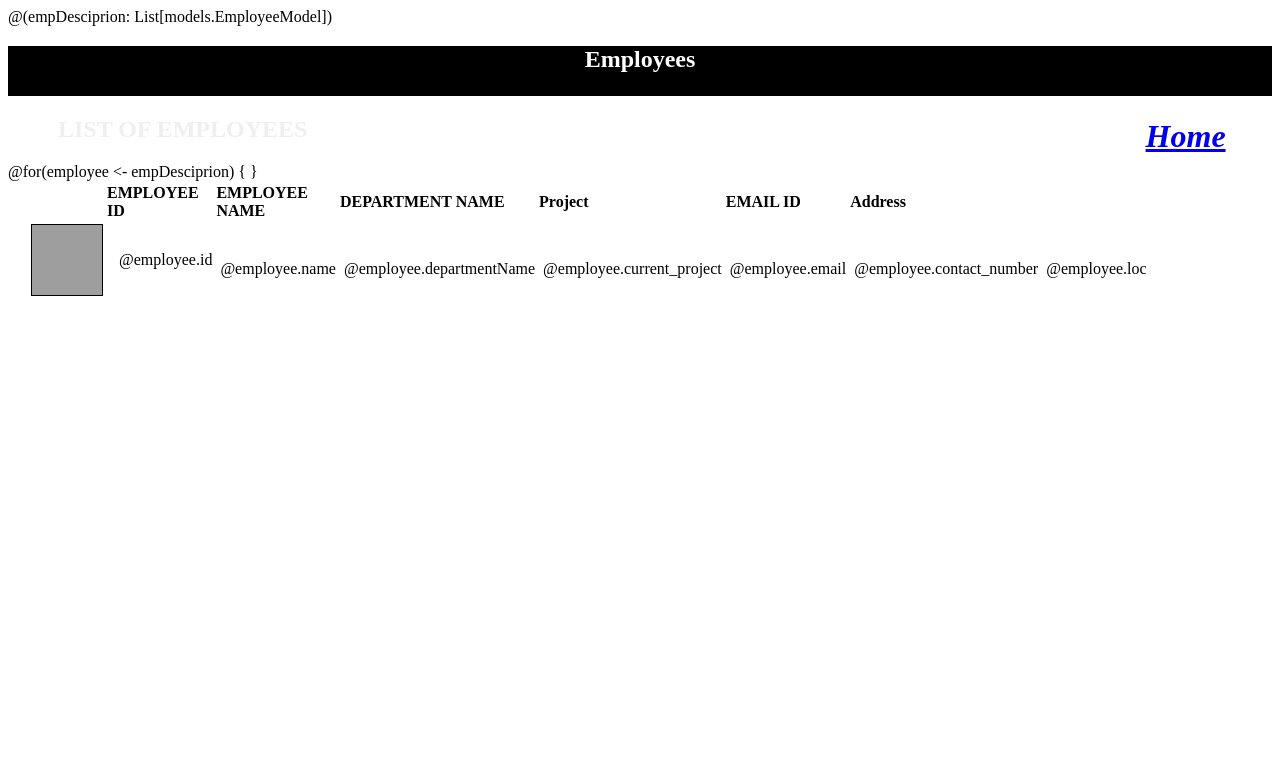
Repository: sumitkum200690/PLAY_SLICK
Page: Play_DB/app/views/employeeByIdDescription.scala.html
An editor plug-in stored every save of this project. The page is shown before and after the next save, followed by the edit.
The browser window is 1280 px wide. The pictures show the whole page.
Pictures or frames that could not be fetched are drawn as grey boxes.

Above is the page before, as saved 2015-09-25 14:07:45.

After the next save:
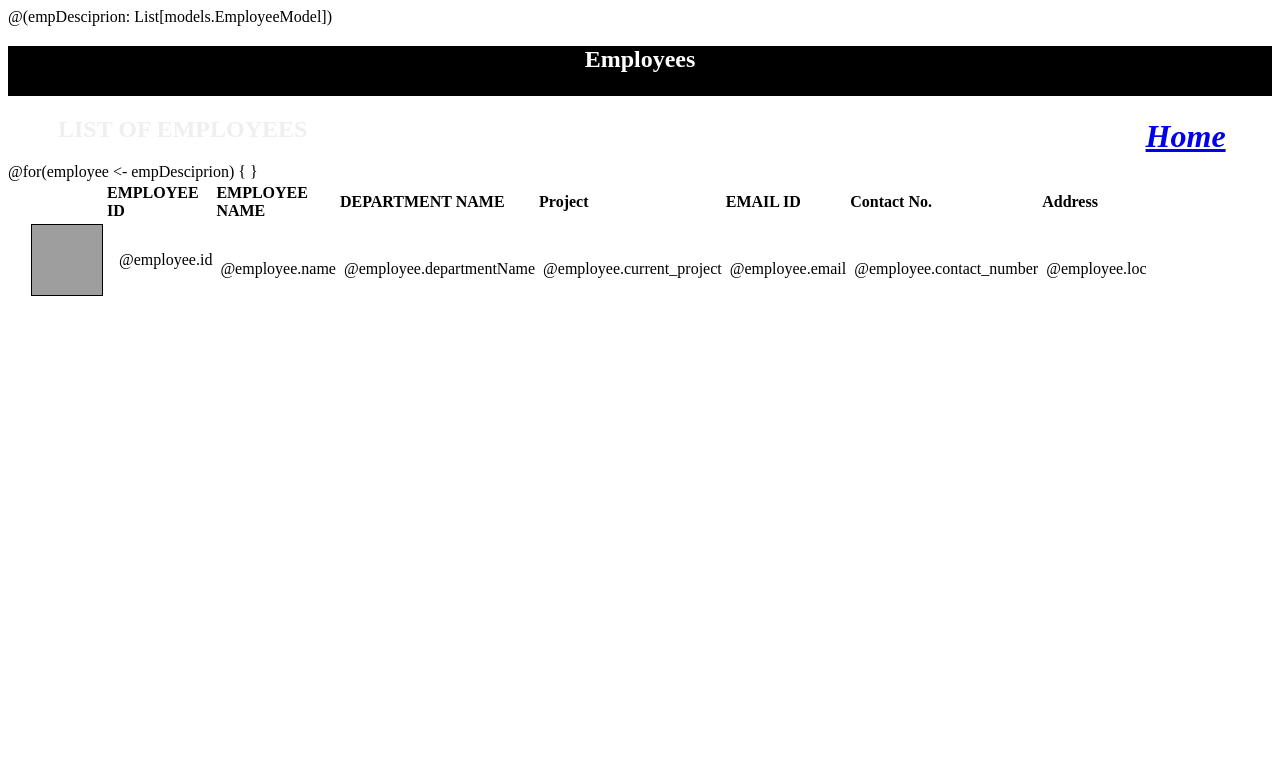
Saved 35 s later.
--- a/Play_DB/app/views/employeeByIdDescription.scala.html
+++ b/Play_DB/app/views/employeeByIdDescription.scala.html
@@ -123,6 +123,7 @@
 			  <th>DEPARTMENT NAME</th>
 			  <th>Project</th>
 			  <th>EMAIL ID</th>
+			  <th>Contact No.</th>
 			  <th>Address</th>
 			  </tr>
 
